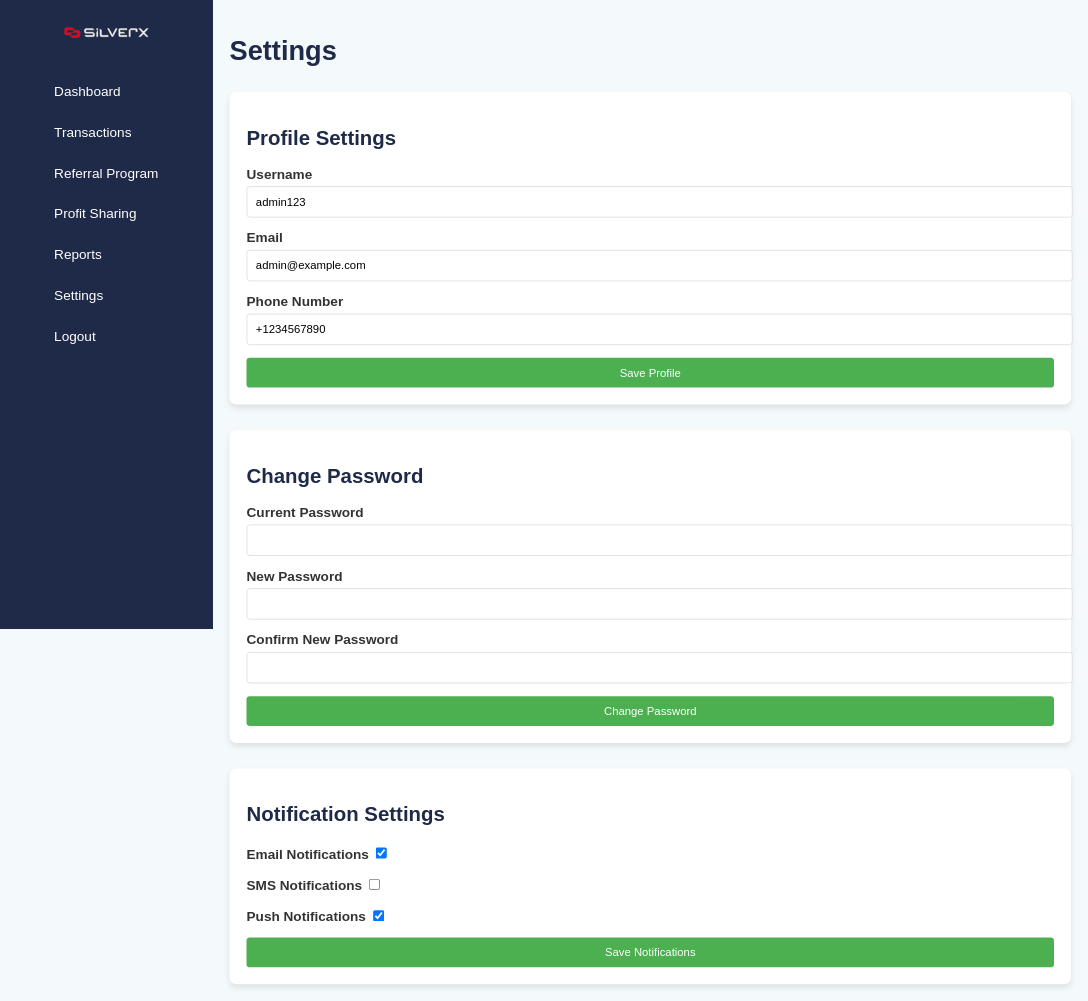
Repository: 2025silverx/slivedrX
Page: setting.html
The author's editor kept a copy of each file at every save. The page is drawn from the files as they stood at one save, then again after a run of saves.
The browser window is 1280 px wide. The pictures show the whole page, at 85% of full size.

Above is the page before, as saved 2025-01-19 14:17:36.

### setting.html
<!DOCTYPE html>
<html lang="en">
<head>
    <meta charset="UTF-8">
    <meta name="viewport" content="width=device-width, initial-scale=1.0">
    <title>Admin Panel - Settings</title>
    <link rel="stylesheet" href="settings.css">
</head>
<body>
    <!-- Sidebar -->
    <div id="sidebar-container">
        <div class="sidebar">
            <img src="images/logo.png" alt="Sidebar Logo" class="sidebar-logo">
            <ul class="sidebar-links">
                <li><a href="index.html" class="sidebar-link" data-target="dashboard">Dashboard</a></li>
                <li><a href="index2.html" class="sidebar-link" data-target="transactions">Transactions</a></li>
                <li><a href="indesx3.html" class="sidebar-link" data-target="reports">Referral Program</a></li>
                <li><a href="index4.html" class="sidebar-link" data-target="users">Profit Sharing</a></li>
                <li><a href="index5.html" class="sidebar-link" data-target="reports">Reports</a></li>
                <li><a href="setting.html" class="sidebar-link" data-target="settings">Settings</a></li>
                <li><a href="index5.html" class="sidebar-link" data-target="logout">Logout</a></li>
            </ul>
        </div>
    </div>


    <!-- Main Content -->
    <div class="main-content">
        <h1>Settings</h1>

        <!-- Profile Settings Section -->
        <div class="settings-section">
            <h2>Profile Settings</h2>
            <form class="settings-form">
                <div class="form-group">
                    <label for="username">Username</label>
                    <input type="text" id="username" name="username" value="admin123" required>
                </div>
                <div class="form-group">
                    <label for="email">Email</label>
                    <input type="email" id="email" name="email" value="admin@example.com" required>
                </div>
                <div class="form-group">
                    <label for="phone">Phone Number</label>
                    <input type="text" id="phone" name="phone" value="+1234567890" required>
                </div>
                <button type="submit" class="btn">Save Profile</button>
            </form>
        </div>

        <!-- Change Password Section -->
        <div class="settings-section">
            <h2>Change Password</h2>
            <form class="settings-form">
                <div class="form-group">
                    <label for="current-password">Current Password</label>
                    <input type="password" id="current-password" name="current-password" required>
                </div>
                <div class="form-group">
                    <label for="new-password">New Password</label>
                    <input type="password" id="new-password" name="new-password" required>
                </div>
                <div class="form-group">
                    <label for="confirm-password">Confirm New Password</label>
                    <input type="password" id="confirm-password" name="confirm-password" required>
                </div>
                <button type="submit" class="btn">Change Password</button>
            </form>
        </div>

        <!-- Notification Settings Section -->
        <div class="settings-section">
            <h2>Notification Settings</h2>
            <form class="settings-form">
                <div class="form-group">
                    <label for="email-notifications">Email Notifications</label>
                    <input type="checkbox" id="email-notifications" name="email-notifications" checked>
                </div>
                <div class="form-group">
                    <label for="sms-notifications">SMS Notifications</label>
                    <input type="checkbox" id="sms-notifications" name="sms-notifications">
                </div>
                <div class="form-group">
                    <label for="push-notifications">Push Notifications</label>
                    <input type="checkbox" id="push-notifications" name="push-notifications" checked>
                </div>
                <button type="submit" class="btn">Save Notifications</button>
            </form>
        </div>
    </div>

    <script src="settings.js"></script>
</body>
</html>

### settings.css
/* General Styles */
body {
    font-family: Arial, sans-serif;
    background-color: #f4f9fc; /* Light blue background */
    margin: 0;
    padding: 0;
}

.main-content {
    margin-left: 250px; /* Sidebar width */
    padding: 20px;
}

h1, h2 {
    color: #1E2A47; /* Dark blue for headers */
}

/* Sidebar Styles */
#sidebar-container {
    position: fixed;
    width: 250px;
    height: 100%;
    background-color: #1E2A47; /* Bluish background */
    color: white;
    padding-top: 20px;
}

.sidebar {
    display: flex;
    flex-direction: column;
    align-items: center;
}

.sidebar-logo {
    width: 100px;
    margin-bottom: 20px;
}

.sidebar-links {
    list-style: none;
    padding: 0;
}

.sidebar-link {
    text-decoration: none;
    color: white;
    padding: 10px 20px;
    display: block;
    width: 100%;
    margin-bottom: 10px;
    border-radius: 4px;
    transition: background-color 0.3s;
}

.sidebar-link:hover {
    background-color: #3C4A78; /* Lighter bluish hover effect */
}

/* Form and Table Styles */
.settings-section {
    margin-top: 30px;
    background-color: white;
    padding: 20px;
    border-radius: 8px;
    box-shadow: 0 4px 8px rgba(0, 0, 0, 0.1);
}

.settings-form {
    display: flex;
    flex-direction: column;
}

.form-group {
    margin-bottom: 15px;
}

label {
    font-weight: bold;
    color: #333;
}

input[type="text"],
input[type="email"],
input[type="password"] {
    width: 100%;
    padding: 10px;
    margin-top: 5px;
    border-radius: 4px;
    border: 1px solid #ddd;
}

input[type="checkbox"] {
    margin-top: 5px;
}

button.btn {
    padding: 10px 20px;
    background-color: #4CAF50; /* Green for buttons */
    color: white;
    border: none;
    border-radius: 4px;
    cursor: pointer;
    transition: background-color 0.3s;
}

button.btn:hover {
    background-color: #45a049;
}

/* Commission Table Styles */
.commission-table {
    width: 100%;
    border-collapse: collapse;
    margin-top: 20px;
}

.commission-table th,
.commission-table td {
    padding: 10px;
    text-align: left;
    border-bottom: 1px solid #ddd;
}

.commission-table th {
    background-color: #E4F1FE; /* Light blue background for header */
    color: #1E2A47; /* Dark blue for text */
}

.commission-table td {
    background-color: #fff;
    color: #555;
}

.commission-table tr:hover {
    background-color: #f1f9fc; /* Light hover effect */
}

/* Percentage Label Colors */
.commission-table td span {
    font-weight: bold;
}

.commission-table td span.low {
    color: #FF5722; /* Red for lower percentages */
}

.commission-table td span.medium {
    color: #FFC107; /* Amber for medium percentages */
}

.commission-table td span.high {
    color: #4CAF50; /* Green for higher percentages */
}

### settings.js
// This script handles form submission and any additional interactivity (if needed).
document.querySelectorAll('.settings-form').forEach(form => {
    form.addEventListener('submit', function(event) {
        event.preventDefault();
        alert('Settings saved successfully!');
    });
});

After the next 3 saves:
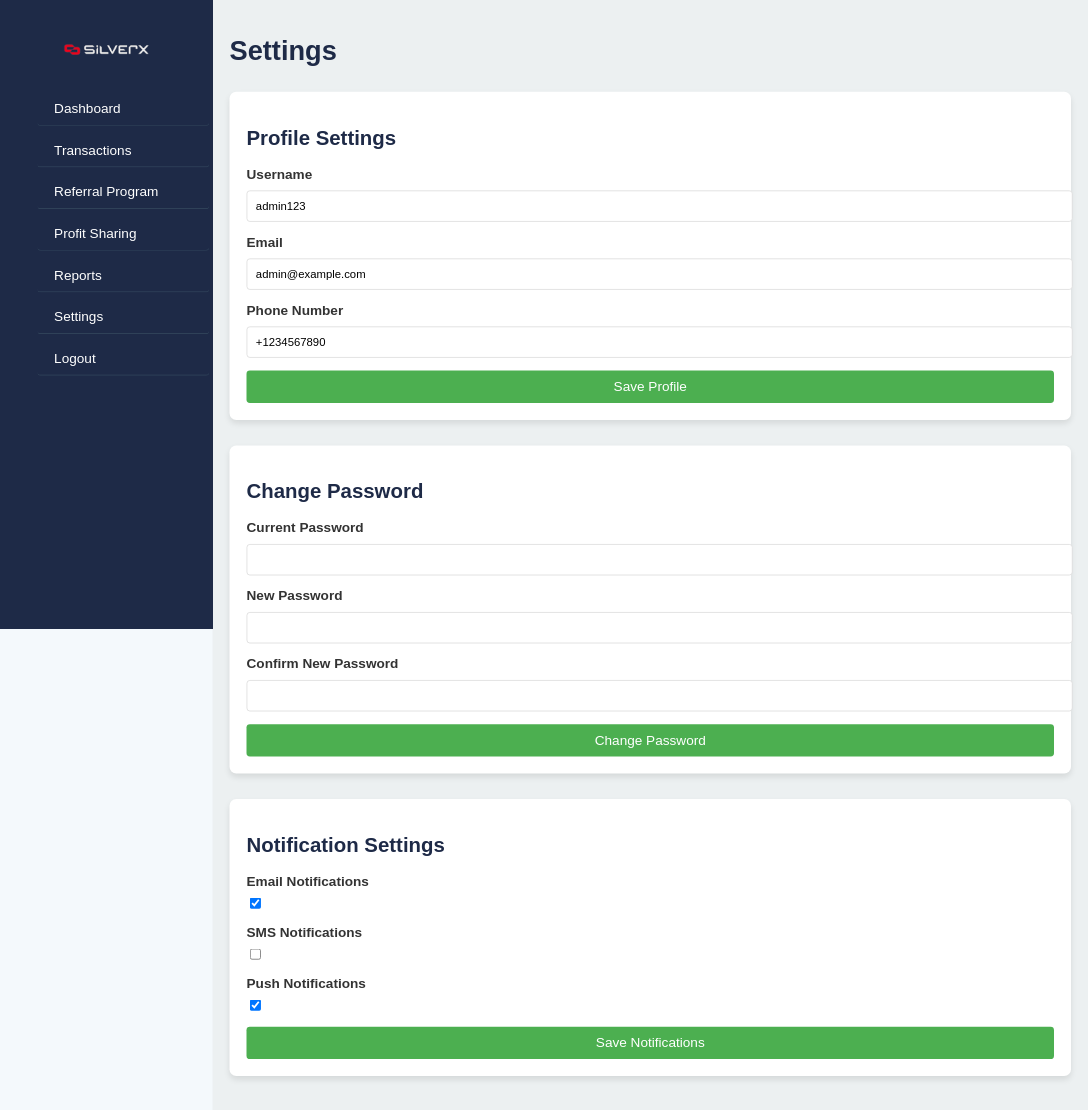
The 3 saves are shown as one change because they came seconds apart.
The last was saved 8 s later.
--- a/settings.css
+++ b/settings.css
@@ -1,3 +1,103 @@
+body {
+    font-family: Arial, sans-serif;
+    margin: 0;
+    padding: 0;
+    display: flex;
+}
+
+#sidebar-container {
+    width: 250px;
+    background-color: #2c3e50;
+    color: #ecf0f1;
+    height: 100vh;
+    position: fixed;
+}
+
+.sidebar {
+    padding: 20px;
+}
+
+.sidebar-logo {
+    max-width: 100%;
+    margin-bottom: 20px;
+}
+
+.sidebar-links {
+    list-style: none;
+    padding: 0;
+}
+
+.sidebar-link {
+    color: #ecf0f1;
+    text-decoration: none;
+    display: block;
+    padding: 10px 0;
+    border-bottom: 1px solid #34495e;
+}
+
+.sidebar-link:hover {
+    background-color: #34495e;
+}
+
+.main-content {
+    margin-left: 250px;
+    padding: 20px;
+    flex: 1;
+    background-color: #ecf0f1;
+    min-height: 100vh;
+}
+
+.settings-section {
+    background: #ffffff;
+    padding: 20px;
+    border-radius: 8px;
+    box-shadow: 0 4px 8px rgba(0, 0, 0, 0.1);
+    margin-bottom: 20px;
+}
+
+.settings-section h2 {
+    margin-bottom: 20px;
+}
+
+.form-group {
+    margin-bottom: 15px;
+}
+
+.form-group label {
+    display: block;
+    margin-bottom: 5px;
+    font-weight: bold;
+}
+
+.form-group input {
+    width: 100%;
+    padding: 10px;
+    border: 1px solid #ddd;
+    border-radius: 4px;
+}
+
+.form-group input[type="checkbox"] {
+    width: auto;
+}
+
+.form-group input:focus {
+    border-color: #3498db;
+    outline: none;
+}
+
+.btn {
+    padding: 10px 15px;
+    background: #3498db;
+    color: white;
+    border: none;
+    border-radius: 4px;
+    cursor: pointer;
+    font-size: 16px;
+}
+
+.btn:hover {
+    background: #2980b9;
+}
 /* General Styles */
 body {
     font-family: Arial, sans-serif;
